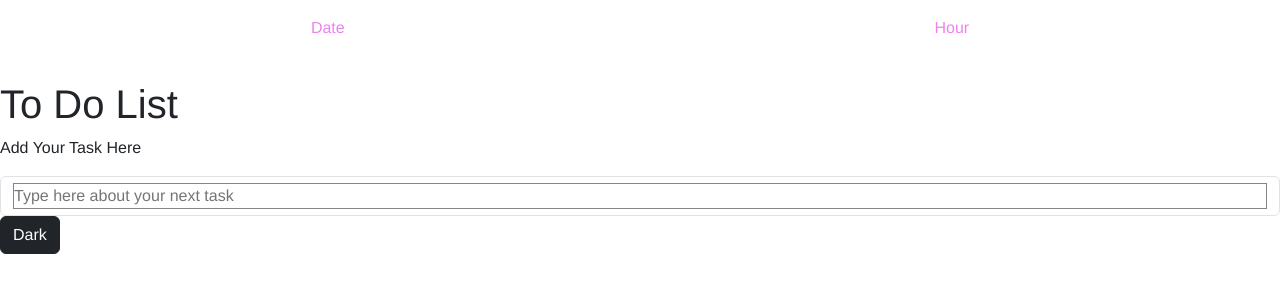
Repository: Passionblaz/TODO
Page: TODO/Untitled-1.html
The author's editor kept a copy of each file at every save. The page is drawn from the files as they stood at one save, then again after the next save.
The browser window is 1280 px wide. The pictures show the whole page.

Above is the page before, as saved 2023-07-14 11:46:54.

After the next save:
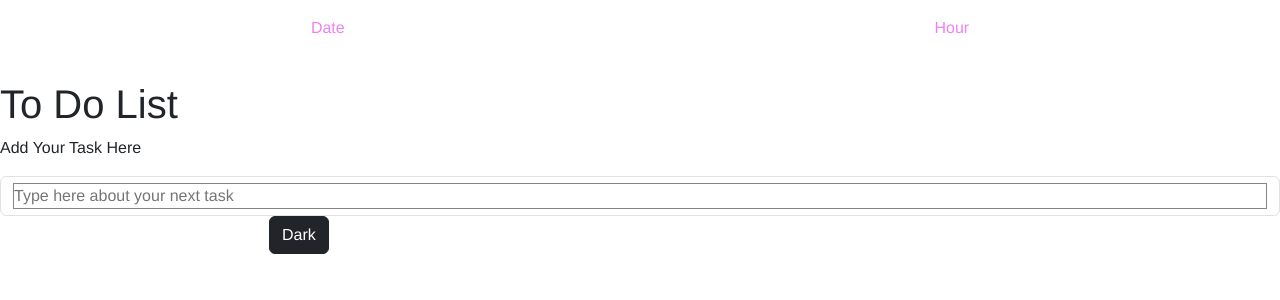
Saved 25 s later.
--- a/TODO/todostyles.css
+++ b/TODO/todostyles.css
@@ -48,7 +48,9 @@ button > i {
   font-weight: bold;
   pointer-events: none;
 }
-input
+input {
+
+}
 
 
 
